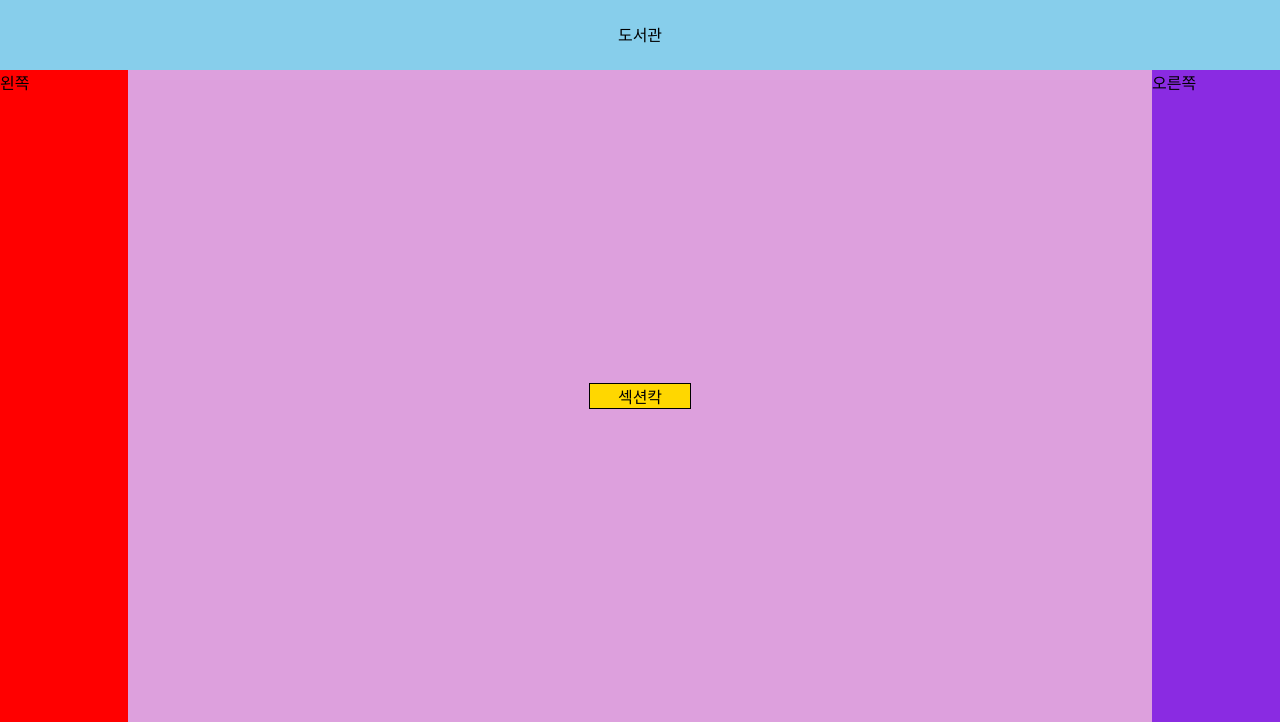
Repository: sojihwan/API_-Multi
Page: / (app in API/)
The author's editor kept a copy of each file at every save. The page is drawn from the files as they stood at one save, then again after the next save.
The browser window is 1280 px wide. The pictures show the whole page.
The project was rebuilt for these pictures with package versions that can differ from the ones it lists, and the page was loaded fresh each time. Also part of the build but not shown: API/src/App.css.

Above is the page before, as saved 2022-05-24 15:15:31.

After the next save:
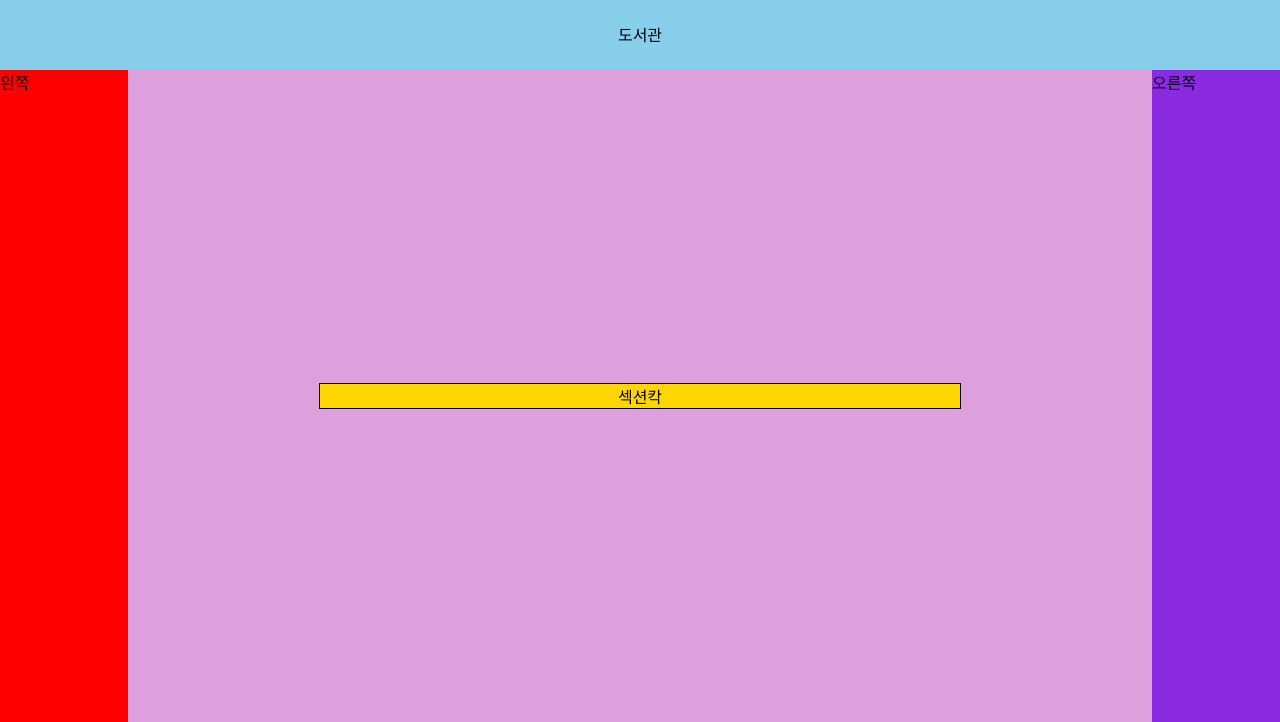
Saved 85 s later.
--- a/API/src/Layout/Section.css
+++ b/API/src/Layout/Section.css
@@ -1,6 +1,6 @@
 .section {
   border: 1px solid black;
-  width: 100px;
+  width: 50%;
 
   background: gold;
   text-align: center;
